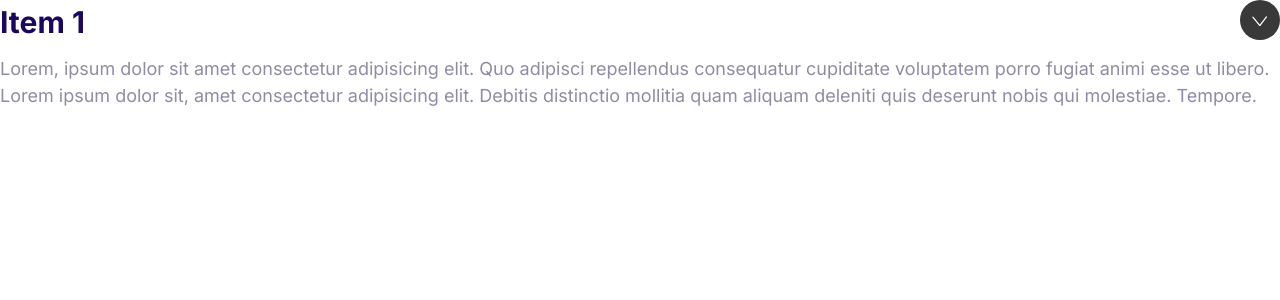
Repository: Qiwenweiii/CodeWithMosh
Page: index.html
These files come from the project's save history. The page is drawn as it stood at one moment and after the next save; the edit follows.
The browser window is 1280 px wide. The pictures show the whole page.

Above is the page before, as saved 2021-11-15 21:25:38.

### index.html
<!DOCTYPE html>
<html>
  <head>
    <title>CodeWithMosh</title>
    <meta charset="UTF-8" />

    <link rel="preconnect" href="https://fonts.googleapis.com" />
    <link rel="preconnect" href="https://fonts.gstatic.com" crossorigin />
    <link
      href="https://fonts.googleapis.com/css2?family=Inter:wght@400;600;700&display=swap"
      rel="stylesheet"
    />

    <link rel="stylesheet" href="./styles/normalize.css" />
    <link rel="stylesheet" href="./styles/styles.css" />
  </head>

  <body>
    <div class="collapsible collapsible--expanded">
      <header class="collapsible__header">
        <h2 class="collapsible__heading">Item 1</h2>
        <svg class="icon icon--white collapsible__chevron">
          <use xlink:href="images/sprite.svg#chevron"></use>
        </svg>
      </header>
      <div class="collapsible__content">
        Lorem, ipsum dolor sit amet consectetur adipisicing elit. Quo adipisci
        repellendus consequatur cupiditate voluptatem porro fugiat animi esse ut
        libero.
      </div>
      <p>Lorem ipsum dolor sit, amet consectetur adipisicing elit. Debitis distinctio mollitia quam aliquam deleniti quis deserunt nobis qui molestiae. Tempore.</p>
    </div>
  </body>
  <script src="./js/main.js"></script>
</html>

### styles/styles.css
:root {
  /* 定义配色变量 */
  /* 主体配色 */
  --color-primary: #2584ff;
  --color-secondary: #00d9ff;
  --color-accent: #ff3400;
  /* 文本配色 */
  --color-headings: #1b0760;
  --color-body: #918ca4;
  --color-body-darker: #5c5577;
  --color-border: #ccc;
  --border-radius: 30px;
}

*,
*::before,
*::after {
  box-sizing: border-box;
}

/* 字体配置 */

/* 设置默认字体大小 */

html {
  /* 默认字体大小是16px，62.5%是10px */
  font-size: 62.5%;
}

/* 设置字体，字体大小和文本颜色 */

body {
  font-family: Inter, Arial, Helvetica, sans-serif;
  color: var(--color-body);
  font-size: 2.4rem;
  line-height: 1.5;
}

h1,
h2,
h3 {
  color: var(--color-headings);
  margin-bottom: 1rem;
}

h1 {
  font-size: 7rem;
}

h2 {
  font-size: 4rem;
}

h3 {
  font-size: 3rem;
}

p {
  margin-top: 0;
}

/* PC端页面字体大小 */

@media screen and (min-width: 1024px) {
  body {
    font-size: 1.8rem;
  }
  h1 {
    font-size: 8rem;
  }
  h3 {
    font-size: 2.4rem;
  }
}

/* 链接配置,Links */

a {
  text-decoration: none;
}

.link-arrow {
  color: var(--color-accent);
  text-transform: uppercase;
  font-size: 2rem;
  font-weight: bold;
}

.link-arrow::after {
  content: "-->";
  margin-left: 5px;
  transition: margin 0.15s;
}

.link-arrow:hover::after {
  margin-left: 10px;
}

@media screen and (min-width: 1024px) {
  .link-arrow {
    font-size: 1.5rem;
  }
}

/* 标签的样式 */

/* 结构 */

.badge {
  border-radius: 20px;
  padding: 0.5rem 2rem;
  font-weight: 600;
  font-size: 2rem;
  white-space: nowrap;
}

/* 外观，常规标签 */

.badge--primary {
  background: var(--color-primary);
  color: #fff;
}

.badge--secondary {
  background: var(--color-secondary);
  color: #fff;
}

/* 小标签 */

.badge--small {
  font-size: 1.6rem;
  padding: 0.5rem 1.5rem;
}

@media screen and (min-width: 1024px) {
  .badge {
    font-size: 1.5rem;
  }
  .badge--small {
    font-size: 1.2rem;
  }
}

/* 列表 */

.list {
  list-style: none;
  padding-left: 0;
  color: var(--color-headings);
}

.list--inline .list__item {
  display: inline-block;
  margin-right: 2rem;
}

.list--tick {
  padding-left: 3rem;
  list-style-image: url(../images/tick.svg);
}

.list--tick .list__item {
  padding-left: 0.5rem;
  margin-bottom: 1rem;
}

@media screen and (min-width: 1024px) {
  .list--tick .list__item {
    padding-left: 0;
  }
}

/* Icon，图标 */

.icon-container {
  display: flex;
  justify-content: center;
  align-items: center;
  background: #f3f9fa;
  width: 64px;
  height: 64px;
  border-radius: 100%;
}

.icon-container--accent {
  background: var(--color-accent);
}

.icon {
  width: 40px;
  height: 40px;
}

.icon--small {
  width: 30px;
  height: 30px;
}

.icon--primary {
  fill: var(--color-primary);
}

.icon--white {
  fill: #fff;
}

/* 按钮组件 */

.btn {
  font-size: 1.8rem;
  font-weight: 600;
  text-transform: uppercase;
  text-align: center;
  padding: 2rem 3rem;
  margin: 1rem 0;
  border: 0;
  border-radius: 40px;
  cursor: pointer;
  white-space: nowrap;
}

.btn--primary {
  background-color: var(--color-primary);
  color: #fff;
}

.btn--primary:hover {
  background-color: #3a8ffd;
}

.btn--secondary {
  background-color: var(--color-secondary);
  color: #fff;
}

.btn--secondary:hover {
  background-color: #00c8eb;
}

.btn--accent {
  background-color: var(--color-accent);
  color: #fff;
}

.btn--accent:hover {
  background-color: #ec3000;
}

.btn--outline {
  background-color: #fff;
  color: var(--color-headings);
  border: 2px solid var(--color-headings);
}

.btn--outline:hover {
  background-color: var(--color-headings);
  color: #fff;
}

.btn--long {
  padding-left: 6rem;
  padding-right: 6rem;
}

.btn--block {
  width: 100%;
  display: inline-block;
}

@media screen and (min-width: 1024px) {
  .btn {
    font-size: 1.5rem;
  }
}

/* 输入框组件 */

.input {
  padding: 1.5rem 3.5rem;
  border: 1px solid var(--color-border);
  border-radius: var(--border-radius);
  outline: none;
  color: var(--color-headings);
  font-size: 2rem;
}

::placeholder {
  color: #cdcdb7;
}

.input-group {
  display: flex;
  border: 1px solid var(--color-border);
  border-radius: var(--border-radius);
}

.input-group .input {
  border: 0;
  flex-grow: 1;
  /* 按钮在左侧时，或者左侧有其他内容时新增这一句 */
  /* padding: 1.5rem 1rem; */
}

.input-group .btn {
  margin: 4px;
}

@media screen and (min-width: 1024px) {
  .input {
    font-size: 1.5rem;
  }
}

/* 卡片模块 */

.card {
  border-radius: 7px;
  box-shadow: 0 0 20px 10px #f3f3f3;
  overflow: hidden;
}

.card__header,
.card__body {
  padding: 2rem 3rem;
}

.card--primary .card__header {
  background-color: var(--color-primary);
  color: #fff;
}

.card--secondary .card__header {
  background-color: var(--color-secondary);
  color: #fff;
}

.card--primary .badge--primary {
  background-color: #005ed8;
}

.card--secondary .badge--secondary {
  background-color: #02cdf1;
}

/* Plans，订阅组件 */

.plan__name {
  color: #fff;
  margin: 0;
  font-size: 2.4rem;
  font-weight: 500;
}

.plan__price {
  font-size: 6rem;
}

.plan__billing-cycle {
  font-size: 2.4rem;
  font-weight: 300;
  opacity: 0.8;
  margin-right: 1rem;
}

.plan__description {
  display: block;
  font-size: 2rem;
  font-weight: 300;
  letter-spacing: 1px;
}

.plan .list__item {
  margin-bottom: 2rem;
}

/* 热门卡片 */
/* 相对于plan进行定位，则不受hidden的影响 */
.plan--popular {
  position: relative;
}

.plan--popular .card__header::before {
  content: url(../images/popular.svg);
  position: absolute;
  top: -5px;
  right: 5%;
  width: 40px;
  display: inline-block;
}

@media screen and (min-width: 1024px) {
  .plan__name {
    font-size: 1.4rem;
  }
  .paln__price {
    font-size: 5rem;
  }
  .plan__billing-cycle {
    font-size: 1.6rem;
  }
  .plan__description {
    font-size: 1.7rem;
  }
}

/* Media，媒体组件 */
.media {
  display: flex;
}

.media__image {
  margin-top: 1rem;
}

.media__body {
  margin: 0 2rem;
}

.media__title {
  margin-top: 0;
}

/* Quote，引言组件 */
.quote {
  font-size: 3rem;
  font-style: italic;
  color: var(--color-body-darker);
  line-height: 1.3;
}

.quote__text::before {
  content: '"';
}
.quote__text::after {
  content: '"';
}

.quote__line {
  position: relative;
  bottom: 10px;
}

.quote__author {
  font-size: 3rem;
  font-weight: 500;
  font-style: normal;
  margin-bottom: 0;
}

.quote__organization {
  color: var(--color-headings);
  opacity: 0.4;
  font-size: 2rem;
  font-style: normal;
}

@media screen and (min-width: 1024px) {
  .quote {
    font-size: 2rem;
  }
  .quote__author {
    font-size: 2.4rem;
  }
  .quote__organization {
    font-size: 1.6rem;
  }
}

/* Grid，网格组件 */
.grid {
  display: grid;
}

/* ipad设备 */
@media screen and (min-width: 768px) {
  .grid--1x2 {
    grid-template-columns: 1fr 1fr;
  }
}
/* 笔记本电脑或电脑 */
@media screen and (min-width: 1024px) {
  .grid--1x3 {
    grid-template-columns: 1fr 1fr 1fr;
  }
}

/* testimonial，推荐模块 */
.testimonial {
  padding: 3rem;
}

.testimonial__image {
  position: relative;
}

.testimonial__image > img {
  width: 100%;
}

.testimonial__image > .icon-container {
  position: absolute;
  top: 1.5rem;
  right: -32px;
}

@media screen and (min-width: 768px) {
  .testimonial .quote,
  .testimonial .quote__author {
    font-size: 2.4rem;
  }

  .testimonial .quote {
    margin-left: 6rem;
  }
}

/* Callouts，标注模块 */
.callout {
  padding: 4rem;
  border-radius: 5px;
}

.callout--primary {
  background-color: var(--color-primary);
  color: #fff;
}

.callout__content {
  text-align: center;
}

.callout__heading {
  color: #fff;
  margin-top: 0;
  font-size: 3rem;
}

.callout .btn {
  align-self: center;
  justify-self: center;
}

@media screen and (min-width: 768px) {
  .callout .grid--1x2 {
    grid-template-columns: 1fr auto;
  }
  .callout__content {
    text-align: left;
  }

  .callout .btn {
    justify-self: start;
    margin: 0 2rem;
  }
}

/* Collapsible */

.collapsible__header {
  display: flex;
  justify-content: space-between;
}

.collapsible__heading {
  margin-top: 0;
  font-size: 3rem;
}

.collapsible__chevron {
  transform: rotate(-90deg);
  cursor: pointer;
  transition: all .3s ease-in-out;
}

.collapsible--expanded .collapsible__chevron {
  transform: rotate(0);
}

.collapsible__content {
  display: none;
  opacity: 0;
  transition: all .3s ease-in-out;
}

.collapsible--expanded .collapsible__content {
  display: block;
  opacity: 1;
}

### js/main.js
const collapsibles = document.querySelectorAll(".collapsible");
collapsibles.forEach((item) => {
  item.addEventListener("click", function () {
    this.classList.toggle("collapsible--expanded");
  });
});

Loaded but not shown: styles/normalize.css (library)

After the next save:
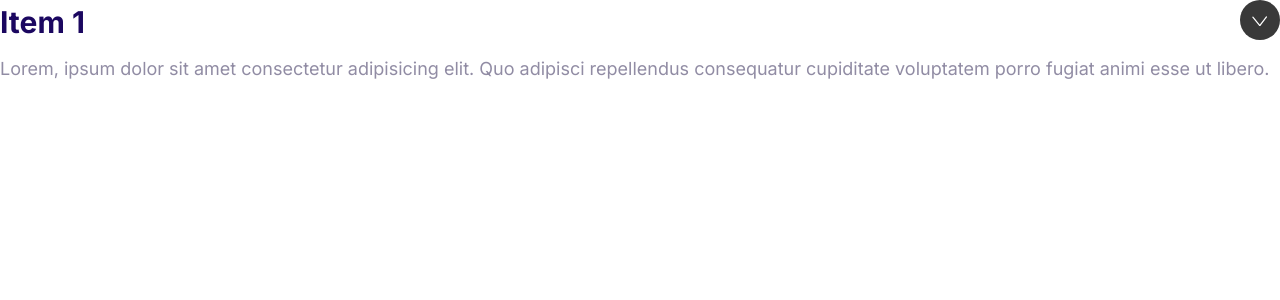
Saved 21 s later.
--- a/index.html
+++ b/index.html
@@ -28,7 +28,6 @@
         repellendus consequatur cupiditate voluptatem porro fugiat animi esse ut
         libero.
       </div>
-      <p>Lorem ipsum dolor sit, amet consectetur adipisicing elit. Debitis distinctio mollitia quam aliquam deleniti quis deserunt nobis qui molestiae. Tempore.</p>
     </div>
   </body>
   <script src="./js/main.js"></script>
